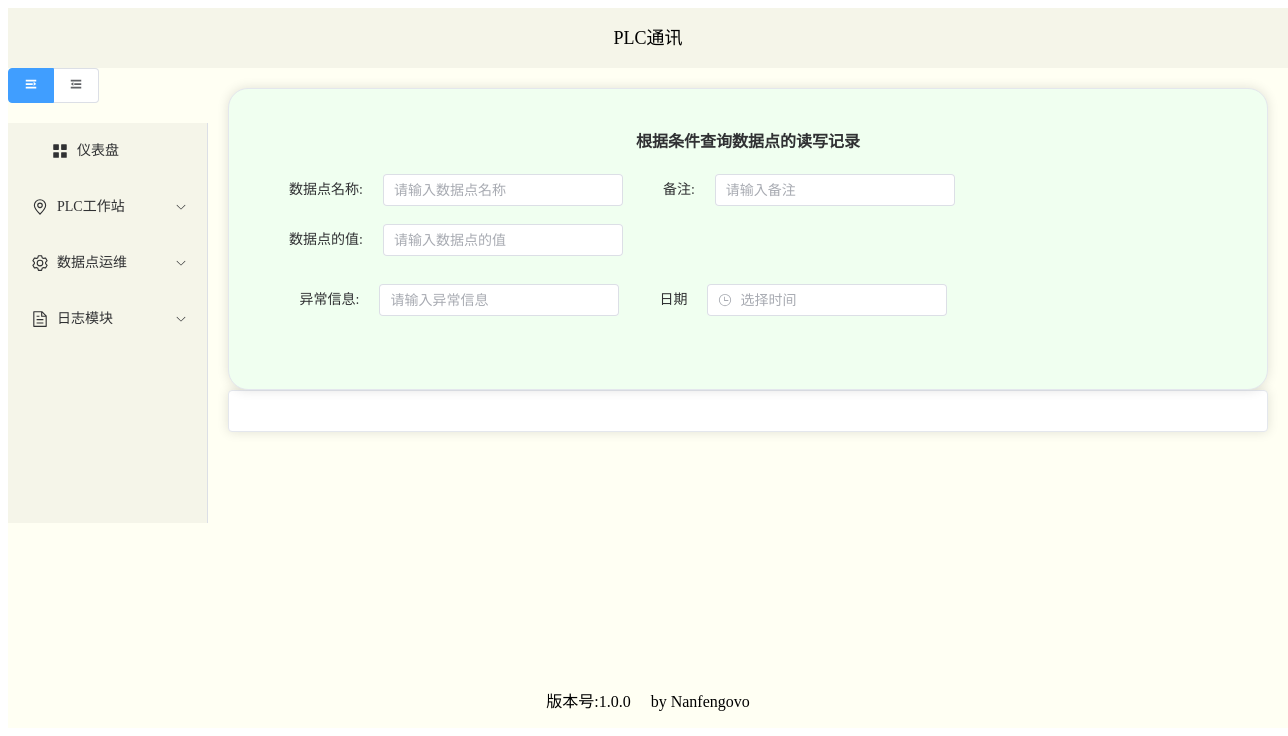
Repository: nanfengovo/HelperWorkStation
Page: /#/frameWork/PLCWorkstation/S7 (app in HelperWorkStation/plchelper-ui/)
An editor plug-in stored every save of this project. The page is shown before and after the next save, followed by the edit.
The browser window is 1280 px wide. The page is 1288 px wide, so the pictures cover 1288 px, including what lies to the right of the window. The pictures show the whole page.
The project was rebuilt for these pictures with package versions that can differ from the ones it lists, and the page was loaded fresh each time. Also part of the build but not shown: HelperWorkStation/plchelper-ui/vite.config.ts, HelperWorkStation/plchelper-ui/src/views/Login/index.vue.

Above is the page before, as saved 2025-02-16 21:52:41.

After the next save:
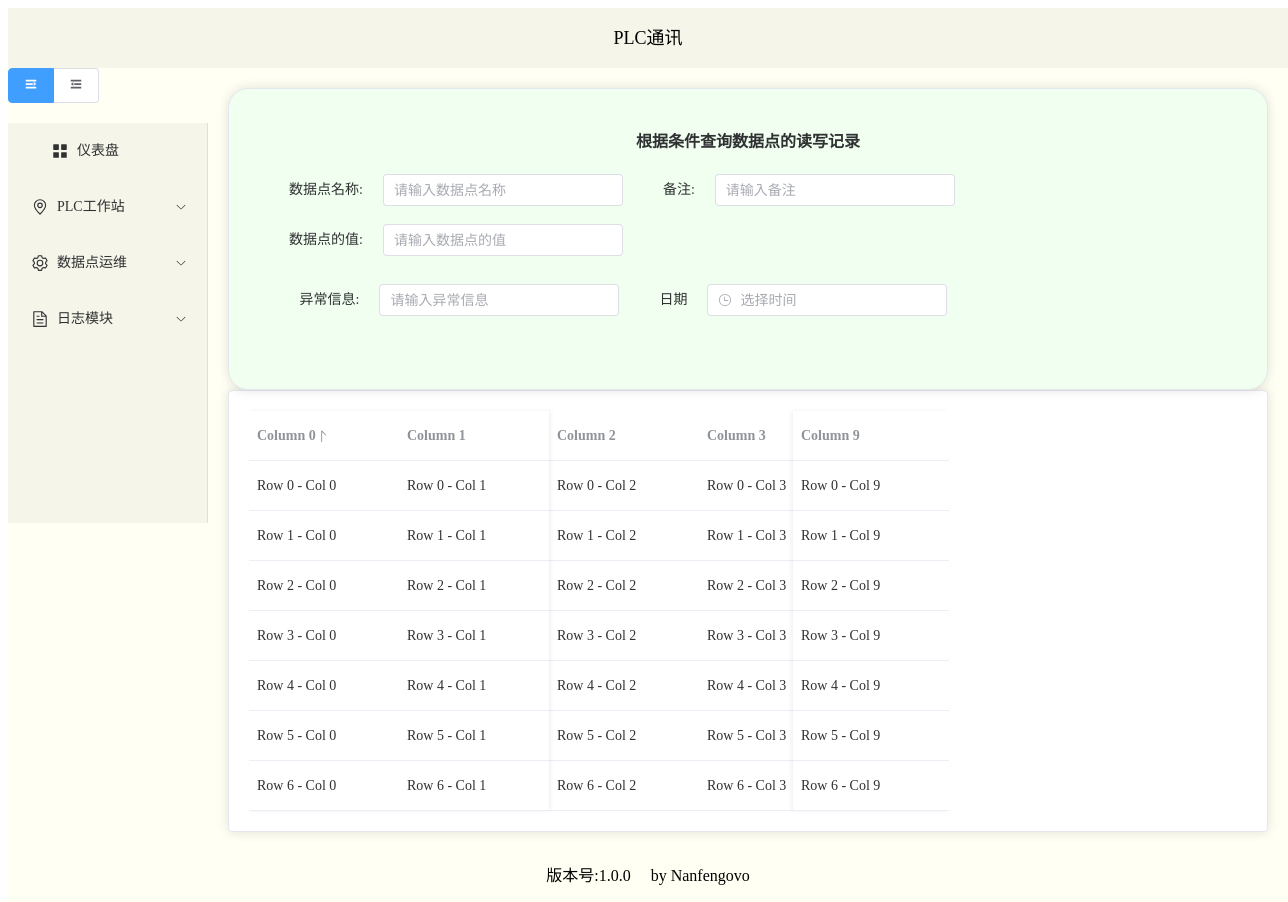
Saved 4 min 52 s later.
--- a/HelperWorkStation/plchelper-ui/src/views/FrameWork/layout/PLCWorkstation/S7/index.vue
+++ b/HelperWorkStation/plchelper-ui/src/views/FrameWork/layout/PLCWorkstation/S7/index.vue
@@ -63,11 +63,68 @@
 
     <!--数据展示-->
     <el-card>
-
+            <el-table-v2
+        :columns="columns"
+        :data="data"
+        :sort-by="sortBy"
+        :width="700"
+        :height="400"
+        fixed
+        @column-sort="onSort"
+    />
     </el-card>
 </template>
 <script setup lang="ts">
+import { ref } from 'vue'
+import { TableV2FixedDir, TableV2SortOrder } from 'element-plus'
 
+import type { SortBy } from 'element-plus'
+
+const generateColumns = (length = 10, prefix = 'column-', props?: any) =>
+    Array.from({ length }).map((_, columnIndex) => ({
+    ...props,
+    key: `${prefix}${columnIndex}`,
+    dataKey: `${prefix}${columnIndex}`,
+    title: `Column ${columnIndex}`,
+    width: 150,
+}))
+
+const generateData = (
+    columns: ReturnType<typeof generateColumns>,
+    length = 200,
+    prefix = 'row-'
+) =>
+    Array.from({ length }).map((_, rowIndex) => {
+    return columns.reduce(
+        (rowData, column, columnIndex) => {
+        rowData[column.dataKey] = `Row ${rowIndex} - Col ${columnIndex}`
+        return rowData
+    },
+    {
+        id: `${prefix}${rowIndex}`,
+        parentId: null,
+    }
+    )
+})
+
+const columns = generateColumns(10)
+let data = generateData(columns, 200)
+
+columns[0].fixed = true
+columns[1].fixed = TableV2FixedDir.LEFT
+columns[9].fixed = TableV2FixedDir.RIGHT
+
+for (let i = 0; i < 3; i++) columns[i].sortable = true
+
+const sortBy = ref<SortBy>({
+    key: 'column-0',
+    order: TableV2SortOrder.ASC,
+})
+
+const onSort = (_sortBy: SortBy) => {
+    data = data.reverse()
+    sortBy.value = _sortBy
+}
 </script>
 <style>
 .Query{

After the save that followed:
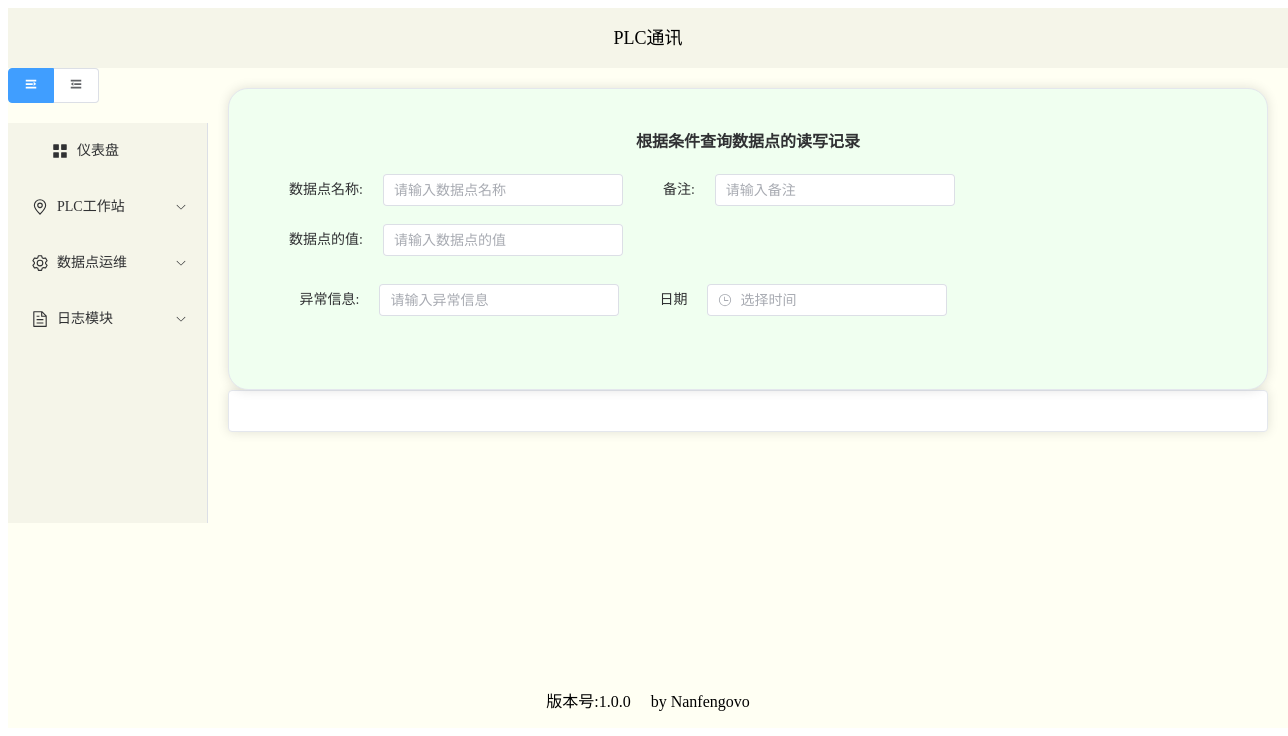
Saved 54 s later.
--- a/HelperWorkStation/plchelper-ui/src/views/FrameWork/layout/PLCWorkstation/S7/index.vue
+++ b/HelperWorkStation/plchelper-ui/src/views/FrameWork/layout/PLCWorkstation/S7/index.vue
@@ -67,8 +67,7 @@
         :columns="columns"
         :data="data"
         :sort-by="sortBy"
-        :width="700"
-        :height="400"
+
         fixed
         @column-sort="onSort"
     />
